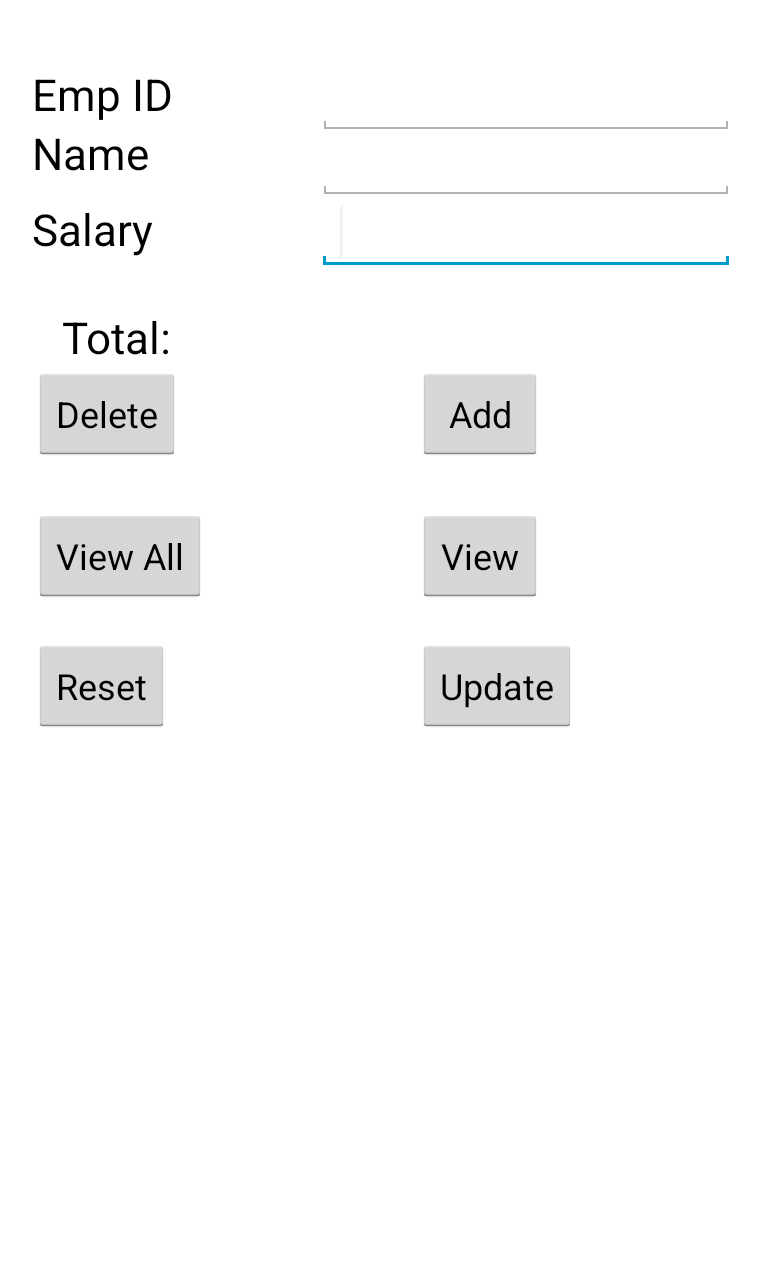
Repository: vinothknr1/aamec-mad-lab
Layout: Ex-4-Database-App/res/layout/activity_main.xml
An editor plug-in stored every save of this project. The layout is shown before and after the next save, followed by the edit.
It is drawn on a 768 x 1280 px phone screen (xhdpi) without system bars, with theme AppTheme; the app's code is not run.

Above is the layout before, as saved 2022-04-26 09:29:31.

### Ex-4-Database-App/res/layout/activity_main.xml
<RelativeLayout xmlns:android="http://schemas.android.com/apk/res/android"
    xmlns:tools="http://schemas.android.com/tools"
    android:layout_width="match_parent"
    android:layout_height="match_parent"
    android:paddingBottom="@dimen/activity_vertical_margin"
    android:paddingLeft="@dimen/activity_horizontal_margin"
    android:paddingRight="@dimen/activity_horizontal_margin"
    android:paddingTop="@dimen/activity_vertical_margin"
    tools:context=".MainActivity" >

    <Button
        android:id="@+id/button3"
        android:layout_width="wrap_content"
        android:layout_height="wrap_content"
        android:layout_alignRight="@+id/button1"
        android:layout_below="@+id/button1"
        android:layout_marginTop="23dp"
        android:text="View" />

    <Button
        android:id="@+id/button4"
        android:layout_width="wrap_content"
        android:layout_height="wrap_content"
        android:layout_alignBaseline="@+id/button3"
        android:layout_alignBottom="@+id/button3"
        android:layout_alignLeft="@+id/button2"
        android:text="View All" />

    <Button
        android:id="@+id/button6"
        android:layout_width="wrap_content"
        android:layout_height="wrap_content"
        android:layout_alignBaseline="@+id/button5"
        android:layout_alignBottom="@+id/button5"
        android:layout_alignLeft="@+id/button4"
        android:text="Reset" />

    <TextView
        android:id="@+id/textView1"
        android:layout_width="wrap_content"
        android:layout_height="wrap_content"
        android:layout_alignLeft="@+id/textView2"
        android:layout_alignParentTop="true"
        android:layout_marginTop="16dp"
        android:text="Emp ID"
        android:textAppearance="?android:attr/textAppearanceLarge" />

    <Button
        android:id="@+id/button2"
        android:layout_width="wrap_content"
        android:layout_height="wrap_content"
        android:layout_alignBaseline="@+id/button1"
        android:layout_alignBottom="@+id/button1"
        android:layout_marginRight="30dp"
        android:text="Delete" />

    <Button
        android:id="@+id/button5"
        android:layout_width="wrap_content"
        android:layout_height="wrap_content"
        android:layout_alignLeft="@+id/button3"
        android:layout_below="@+id/button3"
        android:layout_marginTop="17dp"
        android:text="Update" />

    <Button
        android:id="@+id/button1"
        android:layout_width="wrap_content"
        android:layout_height="wrap_content"
        android:layout_below="@+id/editTex3"
        android:layout_marginLeft="50dp"
        android:layout_marginTop="47dp"
        android:layout_toRightOf="@+id/textView2"
        android:text="Add" />

    <EditText
        android:id="@+id/editTex3"
        android:layout_width="wrap_content"
        android:layout_height="wrap_content"
        android:layout_alignBaseline="@+id/textView3"
        android:layout_alignBottom="@+id/textView3"
        android:layout_alignParentRight="true"
        android:ems="10" >

        <requestFocus />
    </EditText>

    <TextView
        android:id="@+id/textView3"
        android:layout_width="wrap_content"
        android:layout_height="wrap_content"
        android:layout_alignLeft="@+id/button2"
        android:layout_below="@+id/textView1"
        android:layout_marginTop="38dp"
        android:text="Salary"
        android:textAppearance="?android:attr/textAppearanceLarge" />

    <TextView
        android:id="@+id/textView2"
        android:layout_width="wrap_content"
        android:layout_height="wrap_content"
        android:layout_above="@+id/editTex3"
        android:layout_alignLeft="@+id/textView3"
        android:layout_below="@+id/textView1"
        android:layout_toLeftOf="@+id/editTex1"
        android:text="Name"
        android:textAppearance="?android:attr/textAppearanceLarge" />

    <EditText
        android:id="@+id/editTex1"
        android:layout_width="wrap_content"
        android:layout_height="wrap_content"
        android:layout_alignBaseline="@+id/textView1"
        android:layout_alignBottom="@+id/textView1"
        android:layout_alignLeft="@+id/editTex3"
        android:ems="10" />

    <EditText
        android:id="@+id/editTex2"
        android:layout_width="wrap_content"
        android:layout_height="wrap_content"
        android:layout_alignParentRight="true"
        android:layout_alignTop="@+id/textView2"
        android:ems="10" />

    <TextView
        android:id="@+id/textView4"
        android:layout_width="wrap_content"
        android:layout_height="wrap_content"
        android:layout_above="@+id/button2"
        android:layout_alignRight="@+id/button6"
        android:text="Total:"
        android:textAppearance="?android:attr/textAppearanceLarge" />

</RelativeLayout>

Loaded but not shown: Ex-4-Database-App/res/values/styles.xml (common file); Ex-4-Database-App/res/values-v11/styles.xml (common file); Ex-4-Database-App/res/values-v14/styles.xml (common file); Ex-4-Database-App/res/values/dimens.xml (common file)

After the next save:
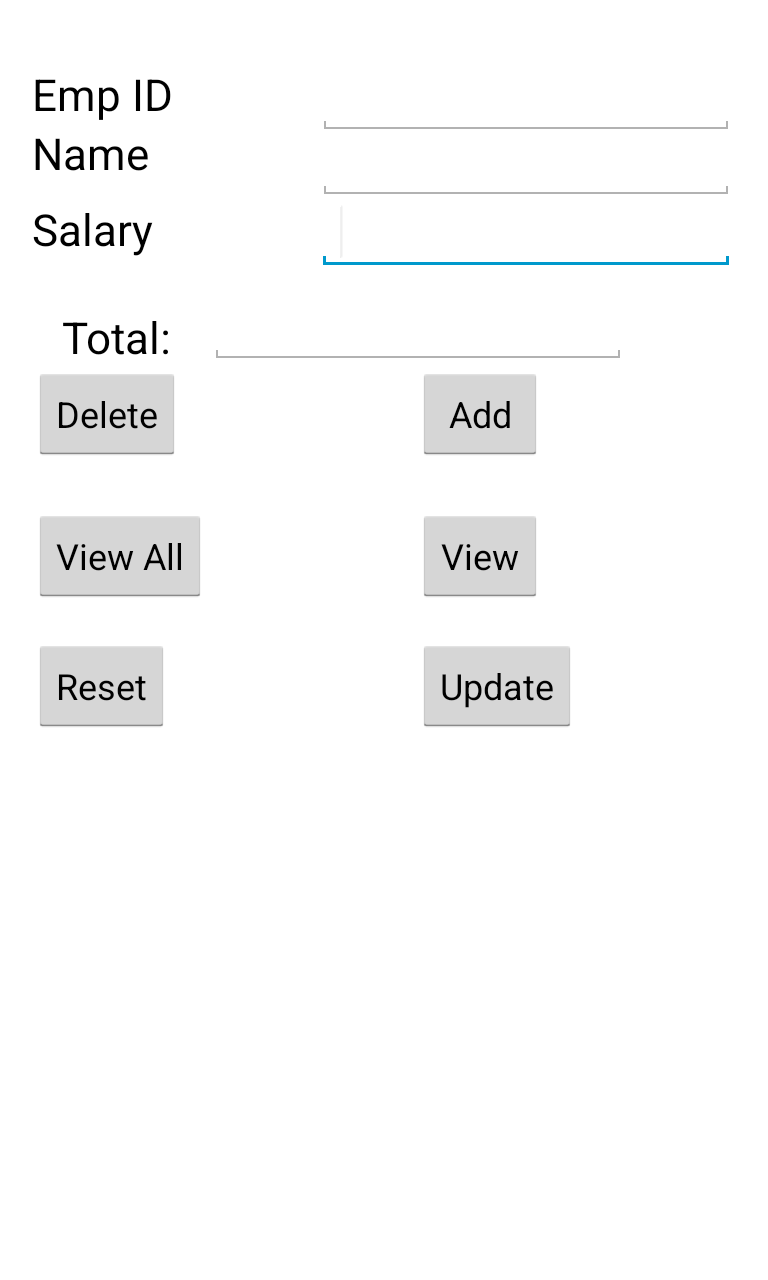
Saved 2 min 37 s later.
--- a/Ex-4-Database-App/res/layout/activity_main.xml
+++ b/Ex-4-Database-App/res/layout/activity_main.xml
@@ -132,4 +132,13 @@
         android:text="Total:"
         android:textAppearance="?android:attr/textAppearanceLarge" />
 
+    <EditText
+        android:id="@+id/editText4"
+        android:layout_width="wrap_content"
+        android:layout_height="wrap_content"
+        android:layout_above="@+id/button2"
+        android:layout_toRightOf="@+id/button4"
+        android:ems="10"
+        android:inputType="phone" />
+
 </RelativeLayout>
